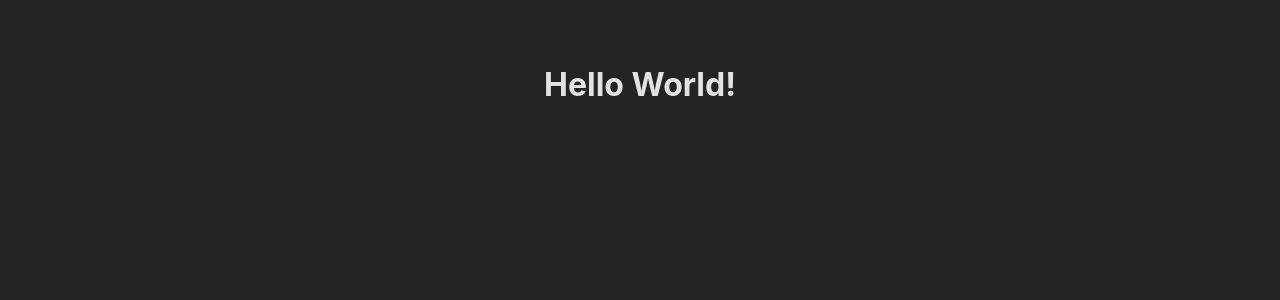
Repository: MonicaNguyenH/Lab-7_Frontend
Page: /
An editor plug-in stored every save of this project. The page is shown before and after the next save, followed by the edit.
The browser window is 1280 px wide. The pictures show the whole page.
The page's requests for data from a server got no answer. The project was rebuilt for these pictures with package versions that can differ from the ones it lists, and the page was loaded fresh each time. No one was signed in, and anything a server would have sent is missing. Also part of the build but not shown: vite.config.js, src/components/Details.jsx.

Above is the page before, as saved 2024-11-18 15:56:54.

### src/main.jsx
import React from 'react';
import ReactDOM from 'react-dom/client';
import App from './App';
import './index.css'; // Import your global CSS styles

ReactDOM.createRoot(document.getElementById('root')).render(
  <React.StrictMode>
    <App />
  </React.StrictMode>
);

### src/App.jsx
import { useState } from 'react'
import Countries from './components/Contries';
import Details from './components/Details';
import './App.css'

export default function App() {
  return <h1>Hello World!</h1>;
}

### src/index.css
:root {
  font-family: Inter, system-ui, Avenir, Helvetica, Arial, sans-serif;
  line-height: 1.5;
  font-weight: 400;

  color-scheme: light dark;
  color: rgba(255, 255, 255, 0.87);
  background-color: #242424;

  font-synthesis: none;
  text-rendering: optimizeLegibility;
  -webkit-font-smoothing: antialiased;
  -moz-osx-font-smoothing: grayscale;
}

### src/components/Contries.jsx
import { useState, useEffect } from "react";
import { useNavigate, Outlet } from "react-router-dom";

export default function Countries() {
  const [countries, setCountries] = useState([]);
  const [selectedCountry, setSelectedCountry] = useState("");
  const navigate = useNavigate();

  useEffect(() => {
    fetch("https://restcountries.com/v3.1/name/kingdom")
      .then((response) => {
        if (!response.ok) {
          throw new Error("Network response was not ok");
        }
        return response.json();
      })
      .then((data) => setCountries(data))
      .catch((error) => console.error("Error fetching countries:", error));
  }, []);

  const handleCountrySelect = (e) => {
    const selected = countries.find(
      (country) => country.cca2 === e.target.value
    );
    if (selected) {
      setSelectedCountry(selected);
      navigate(`/countries/${selected.cca2}`, { state: { data: selected } });
    }
  };

  return (
    <div>
      <h1>World Kingdoms</h1>
      <select onChange={handleCountrySelect} value={selectedCountry.cca2 || ""}>
        <option value="" disabled>
          Select a country
        </option>
        {countries.map((country) => (
          <option key={country.cca2} value={country.cca2}>
            {country.name.common}
          </option>
        ))}
      </select>
      <Outlet />
    </div>
  );
}

Loaded but not shown: index.html (common file); src/App.css (common file)

After the next save:
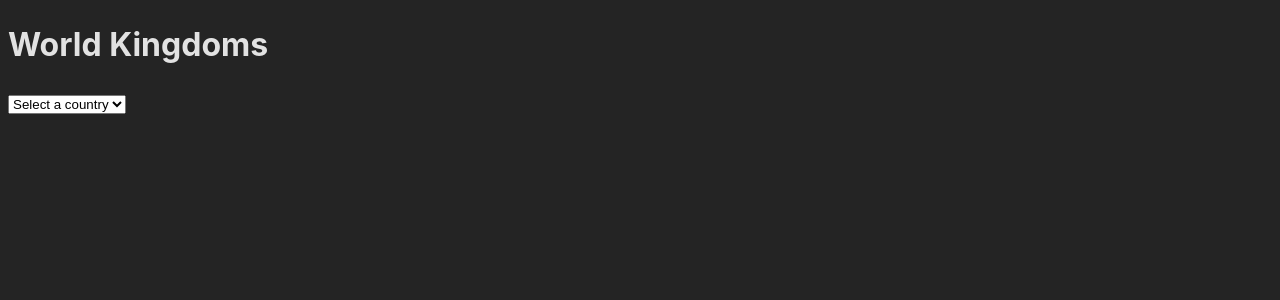
Saved 46 s later.
--- a/src/App.jsx
+++ b/src/App.jsx
@@ -1,8 +1,12 @@
-import { useState } from 'react'
+import { BrowserRouter as Router, Routes, Route } from 'react-router-dom';
 import Countries from './components/Contries';
-import Details from './components/Details';
-import './App.css'
 
 export default function App() {
-  return <h1>Hello World!</h1>;
+  return (
+    <Router>
+      <Routes>
+        <Route path="/" element={<Countries />} />
+      </Routes>
+    </Router>
+  );
 }
